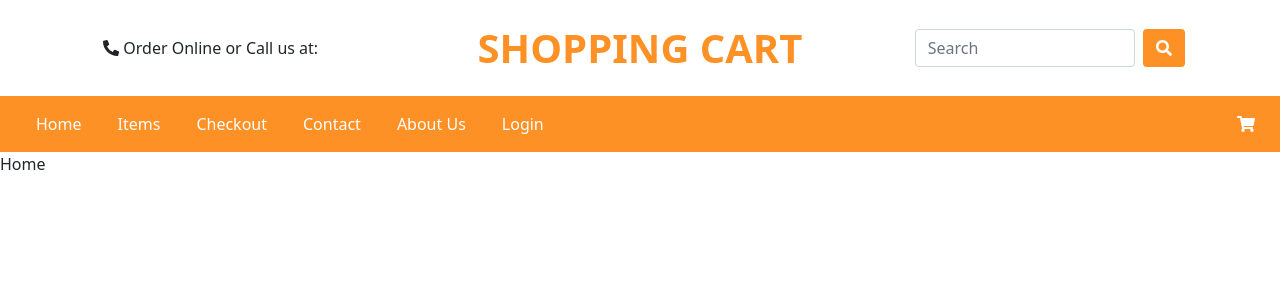
Repository: SaudCh/React-Ecommerce
Page: /
An editor plug-in stored every save of this project. The page is shown before and after a run of saves, followed by the edit.
The browser window is 1280 px wide. The page is 1284 px wide, so the pictures cover 1284 px, including what lies to the right of the window. The pictures show the whole page.
The project was rebuilt for these pictures with package versions that can differ from the ones it lists, and the page was loaded fresh each time. Also part of the build but not shown: src/App.css.

Above is the page before, as saved 2021-12-05 12:47:13.

### src/App.js
import "./App.css";
import Header from "./Header/Header";
import "../node_modules/bootstrap/dist/css/bootstrap.min.css";
import "../node_modules/bootstrap/dist/js/bootstrap.bundle.min";
import { BrowserRouter, Switch, Route } from "react-router-dom";

function App() {
  return (
    <BrowserRouter>
      <Header />
      <Switch>
        <Route path="/" exact>
          <div>Home</div>
        </Route>
      </Switch>
    </BrowserRouter>
  );
}

export default App;

### src/Header/Header.jsx
import {
  faPhoneAlt,
  faSearch,
  faShoppingCart,
} from "@fortawesome/free-solid-svg-icons";
import { FontAwesomeIcon } from "@fortawesome/react-fontawesome";
import React from "react";
import { Link } from "react-router-dom";
import "./Header.css";

export default function Header() {
  return (
    <div>
      <nav className="cotainer-fluid m-2 my-4">
        <div className="row align-items-center">
          <div className="col-12 col-md-4 text-center ">
            <p className="m-0 p-0">
              <FontAwesomeIcon icon={faPhoneAlt} /> Order Online or Call us at:{" "}
            </p>
          </div>
          <div className="col-12 col-md-4 text-center">
            <p className="m-0 fw-bold h1" style={{ color: "#fe9126" }}>
              SHOPPING CART
            </p>
          </div>
          <div className="col-12 col-md-4 text-center">
            <form class="d-flex col-12 col-lg-8 mx-5">
              <input
                class="form-control me-2"
                type="search"
                placeholder="Search"
                aria-label="Search"
              />
              <button
                class="btn text-white"
                style={{ backgroundColor: "#fe9126" }}
                type="submit"
              >
                <FontAwesomeIcon icon={faSearch} />
              </button>
            </form>
          </div>
        </div>
      </nav>
      <nav
        class="navbar navbar-expand-md navbar-dark"
        style={{ backgroundColor: "#fe9126" }}
      >
        <div class="container-fluid">
          <Link class="navbar-brand" href="#"></Link>

          <button
            class="navbar-toggler"
            type="button"
            data-bs-toggle="collapse"
            data-bs-target="#navbarSupportedContent"
            aria-controls="navbarSupportedContent"
            aria-expanded="false"
            aria-label="Toggle navigation"
          >
            <span class="navbar-toggler-icon"></span>
          </button>
          <div class="collapse navbar-collapse" id="navbarSupportedContent">
            <ul class="navbar-nav me-auto mb-2 mb-lg-0 nav-ul">
              <li class="nav-item">
                <Link class="nav-link  text-white" aria-current="page" to="#">
                  Home
                </Link>
              </li>
              <li class="nav-item">
                <Link class="nav-link  text-white" to="#">
                  Items
                </Link>
              </li>

              <li class="nav-item">
                <Link
                  class="nav-link text-white"
                  to="#"
                  tabindex="-1"
                  aria-disabled="true"
                >
                  Checkout
                </Link>
              </li>
              <li class="nav-item">
                <Link
                  class="nav-link text-white"
                  to="#"
                  tabindex="-1"
                  aria-disabled="true"
                >
                  Contact
                </Link>
              </li>
              <li class="nav-item">
                <Link
                  class="nav-link text-white"
                  to="#"
                  tabindex="-1"
                  aria-disabled="true"
                >
                  About Us
                </Link>
              </li>
              <li class="nav-item">
                <Link
                  class="nav-link text-white"
                  to="#"
                  tabindex="-1"
                  aria-disabled="true"
                >
                  Login
                </Link>
              </li>
            </ul>
            <button className="btn text-white">
              <FontAwesomeIcon icon={faShoppingCart} />
            </button>
          </div>
        </div>
      </nav>
    </div>
  );
}

### src/Header/Header.css
.nav-ul li {
  margin-right: 20px;
}

Loaded but not shown: public/index.html (common file); src/index.js (common file); src/reportWebVitals.js (common file)

After the next 2 saves:
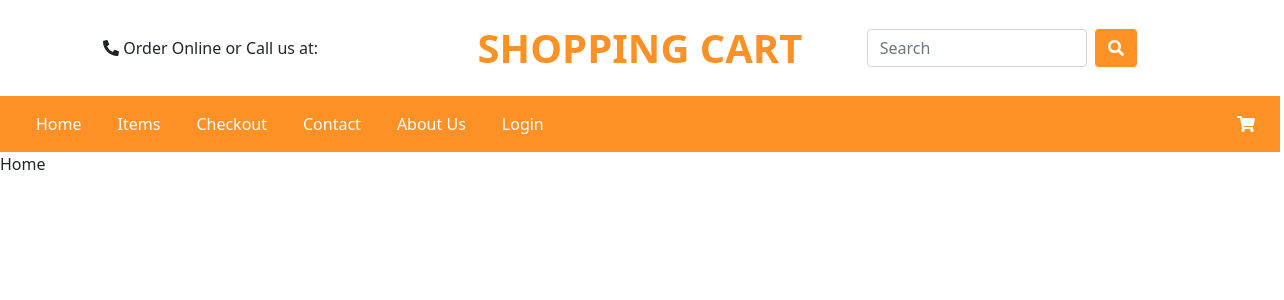
The 2 saves are shown as one change because they came seconds apart.
The last was saved 9 s later.
--- a/src/Header/Header.jsx
+++ b/src/Header/Header.jsx
@@ -24,7 +24,7 @@ export default function Header() {
             </p>
           </div>
           <div className="col-12 col-md-4 text-center">
-            <form class="d-flex col-12 col-lg-8 mx-5">
+            <form class="d-flex col-12 col-lg-8 mr-2">
               <input
                 class="form-control me-2"
                 type="search"
